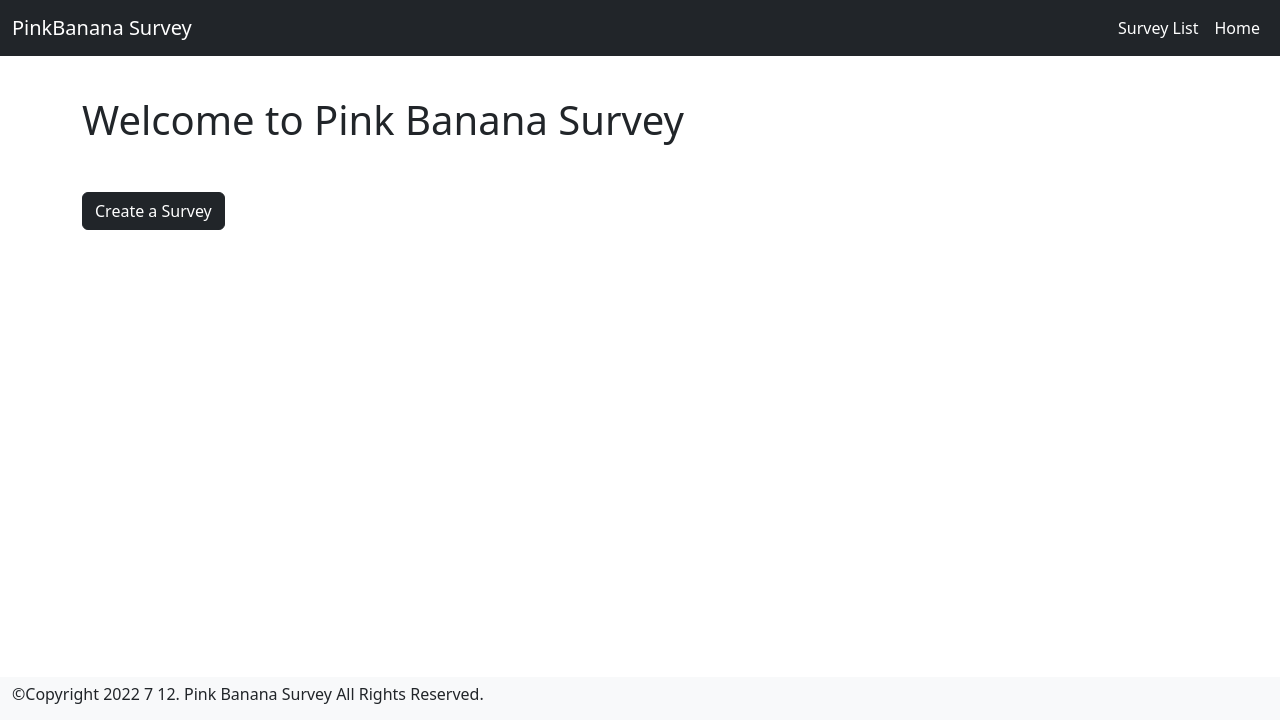
Repository: miaaow42/BananaProject
Page: / (app in front-end/)
These files come from the project's save history. The page is drawn as it stood at one moment and after the next save; the edit follows.
The browser window is 1280 px wide. The pictures show the whole page.
The project was rebuilt for these pictures with package versions that can differ from the ones it lists, and the page was loaded fresh each time. Also part of the build but not shown: front-end/src/App.css.

Above is the page before, as saved 2022-12-08 05:04:07.

After the next save:
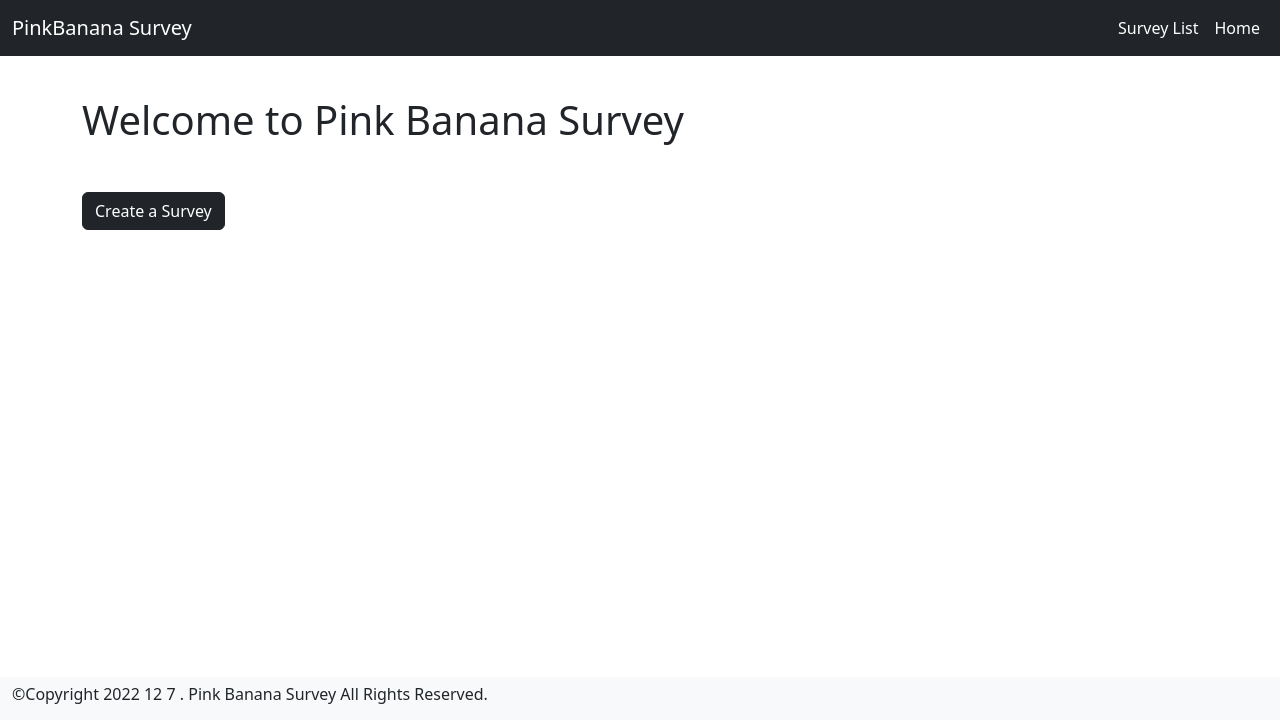
Saved 27 s later.
--- a/front-end/src/components/footer.tsx
+++ b/front-end/src/components/footer.tsx
@@ -19,7 +19,7 @@ function Footer()
     return(
         <nav className="navbar fixed-bottom bg-light">
         <div className="container-fluid">
-          <h6 >&copy;Copyright 2022 {getDate()} {getDate2()}. Pink Banana Survey All Rights Reserved. </h6>
+          <h6 >&copy;Copyright 2022 {getDate2()} {getDate()} . Pink Banana Survey All Rights Reserved. </h6>
         </div>
       </nav>
     )
